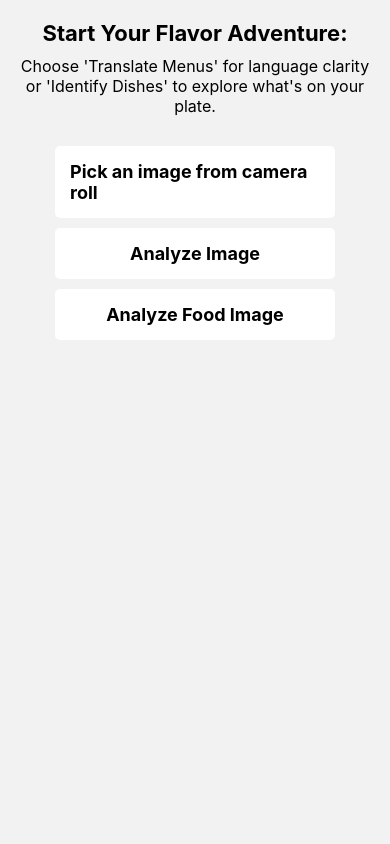
Repository: djdjdallas/taste-without-borders
Screen: /Home
The author's editor kept a copy of each file at every save. The screen is drawn from the files as they stood at one save, then again after the next save.
The app was drawn by React Native's web renderer in a window 390 px wide. The project was rebuilt for these pictures with package versions that can differ from the ones it lists, and the page was loaded fresh each time.

Above is the screen before, as saved 2023-12-26 20:09:28.

After the next save:
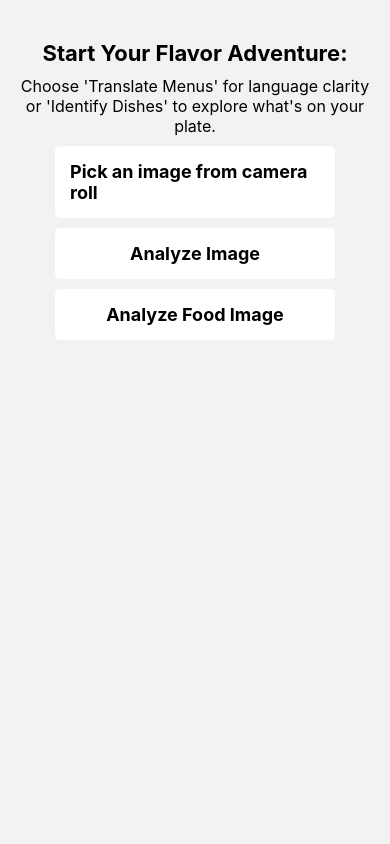
Saved 20 s later.
--- a/HomeScreen.js
+++ b/HomeScreen.js
@@ -206,7 +206,7 @@ const styles = StyleSheet.create({
   },
   textContainer: {
     alignItems: "left",
-    marginBottom: 20,
+    marginTop: 20,
   },
   titleText: {
     fontSize: 22,
